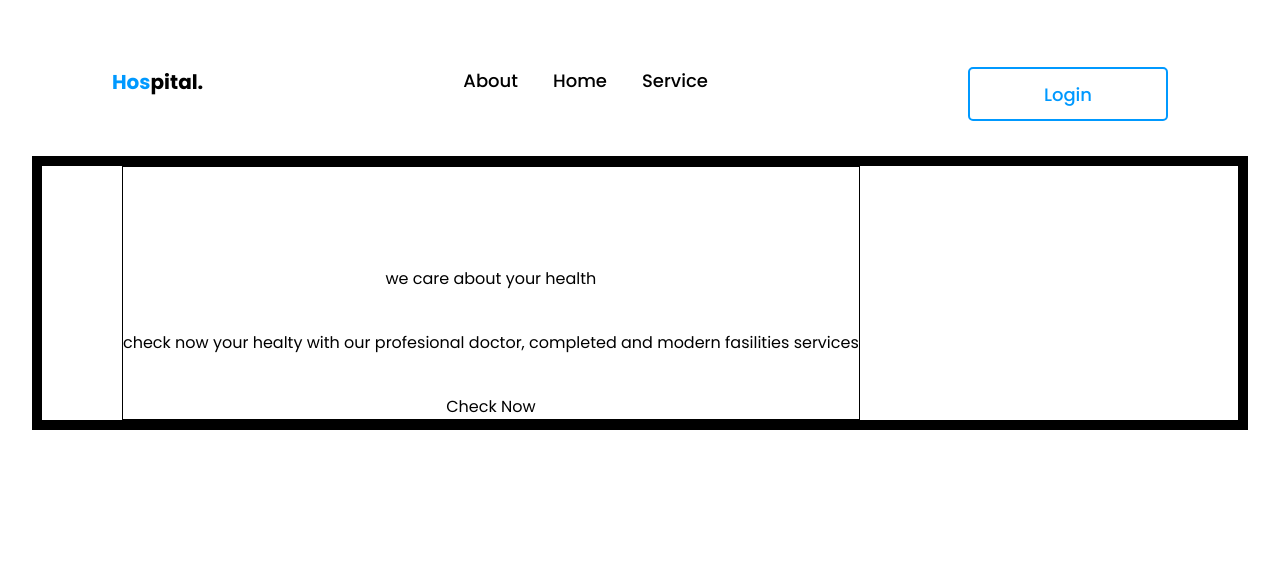
Repository: Chadi2000/hospital-app
Page: /
The author's editor kept a copy of each file at every save. The page is drawn from the files as they stood at one save, then again after the next save.
The browser window is 1280 px wide. The pictures show the whole page.
The project was rebuilt for these pictures with package versions that can differ from the ones it lists, and the page was loaded fresh each time. Also part of the build but not shown: vite.config.js.

Above is the page before, as saved 2024-08-03 17:51:19.

After the next save:
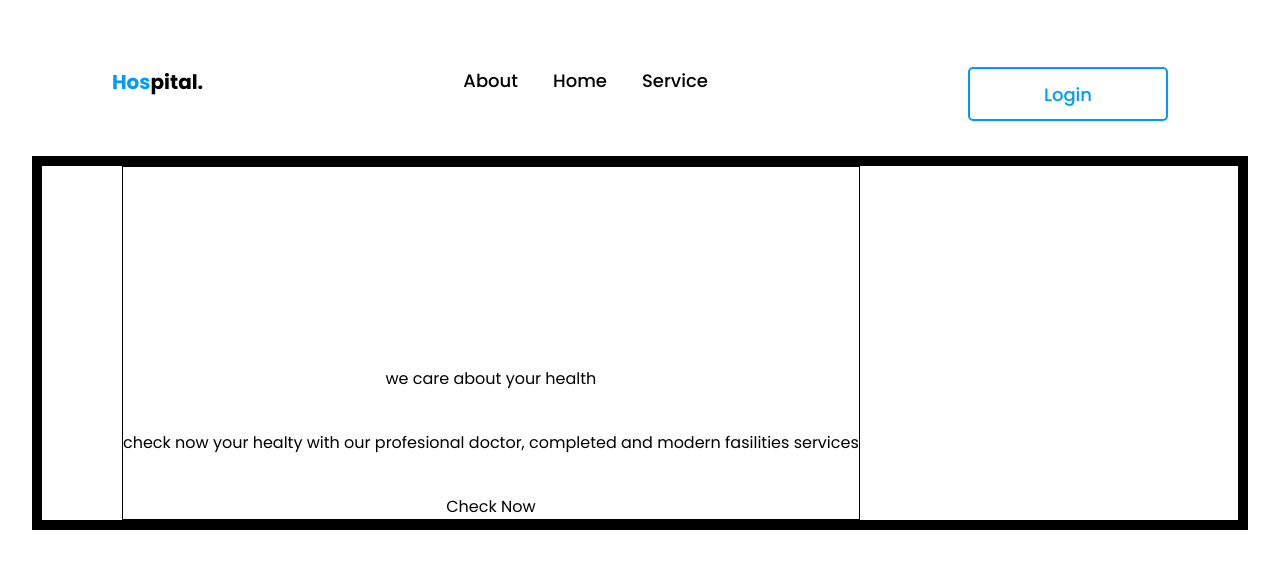
Saved 5 s later.
--- a/src/components/Header.jsx
+++ b/src/components/Header.jsx
@@ -4,7 +4,7 @@ const Header = () => {
   return (
     <div className='flex px-[80px] border-[10px]'>
 
-      <div className='flex flex-col  items-center gap-10 border-[1px] pt-[100px]'>
+      <div className='flex flex-col  items-center gap-10 border-[1px] pt-[200px]'>
         <h1 >we care about your health</h1>
         <p>check now your healty with our profesional doctor, completed and modern fasilities services</p>
         <div>Check Now</div>
